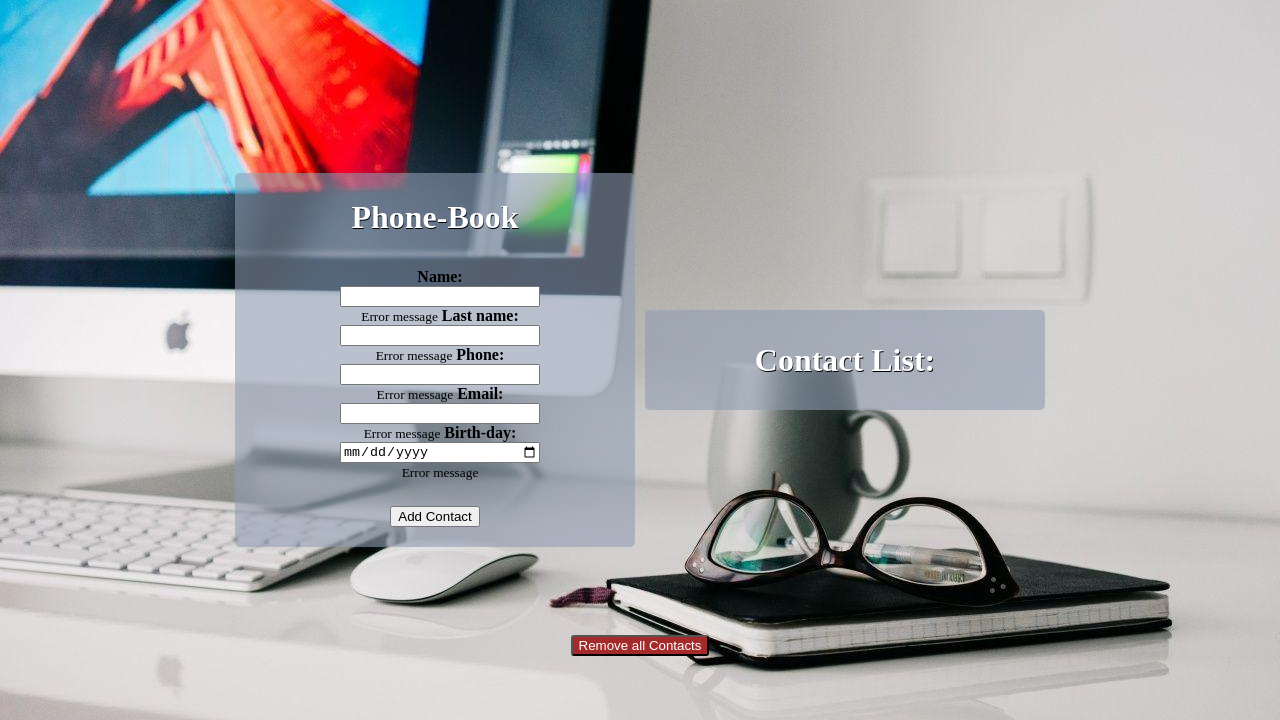
Repository: STA1357/Phone-book
Page: Inner.html
The author's editor kept a copy of each file at every save. The page is drawn from the files as they stood at one save, then again after the next save.
The browser window is 1280 px wide. The pictures show the whole page.

Above is the page before, as saved 2020-12-12 10:41:54.
Console error: ReferenceError: userNameValue is not defined

After the next save:
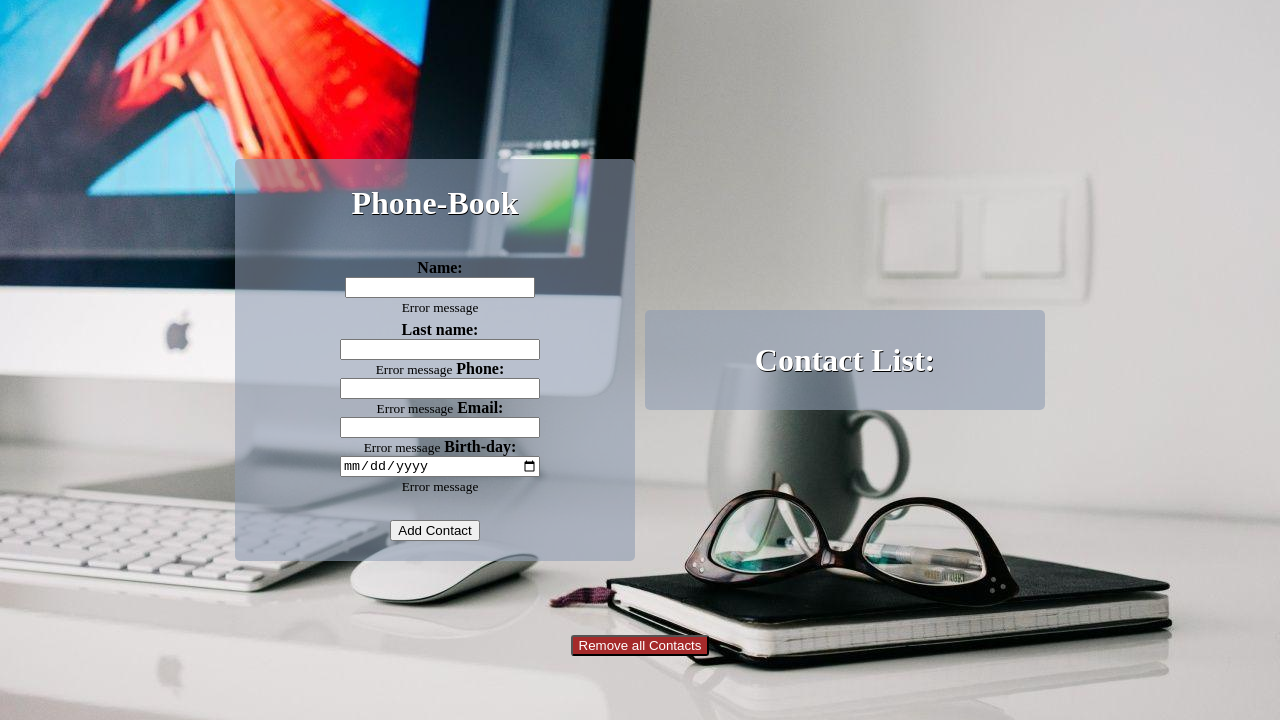
Saved 74 s later.
--- a/Inner.html
+++ b/Inner.html
@@ -18,18 +18,25 @@
 
         <main>
             <div class="container">
+
+                <div class="form-control">
                 <label for="name">Name:</label>
                 <input type="text" id="nameInput">
                 <small>Error message</small>
+                </div>
+
                 <label for="lname">Last name:</label>
                 <input type="text" id="lnameInput">
                 <small>Error message</small>
+
                 <label for="tel">Phone:</label>
                 <input type="text" id="telInput" class="tellinput">
                 <small>Error message</small>
+
                 <label for="email">Email:</label>
                 <input type="email" id="emailInput">
                 <small>Error message</small>
+
                 <label for="birthname">Birth-day:</label>
                 <input type="date" id="birthInput">
                 <small>Error message</small>
